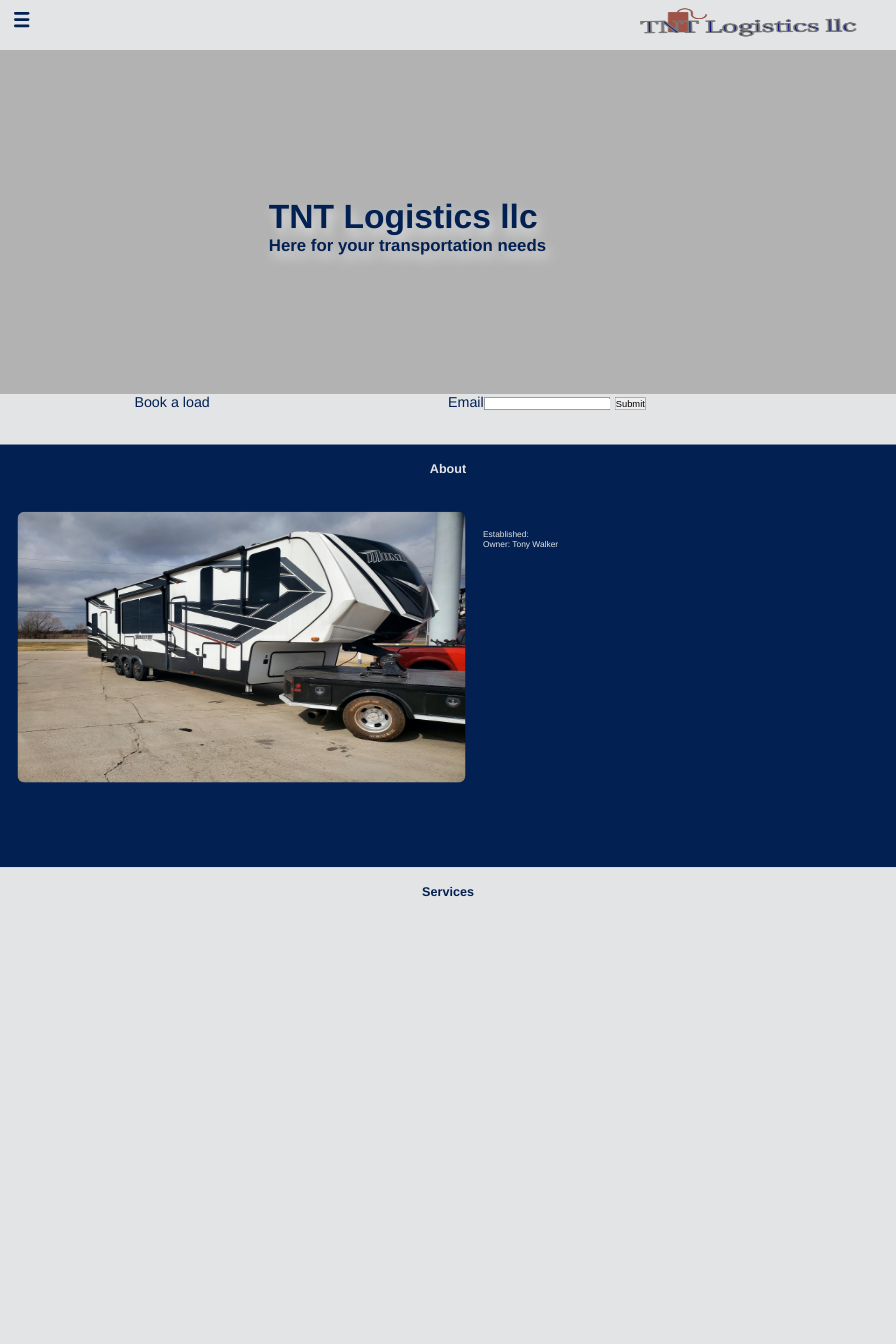
Repository: tommygoverstreet/tntlogisticsllc
Page: index.html
An editor plug-in stored every save of this project. The page is shown before and after a run of saves, followed by the edit.
The browser window is 1280 px wide. The pictures show the part of the page from y = 0 to 1920 px (the page is 3647 px tall), at 70% of full size.
Backgrounds fixed to the window are drawn as part of the page. Some web fonts or font styles are not loaded; a fallback is used.

Above is the page before, as saved 2022-04-18 22:33:26.
Not found: assets/business-cardf

After the next 2 saves:
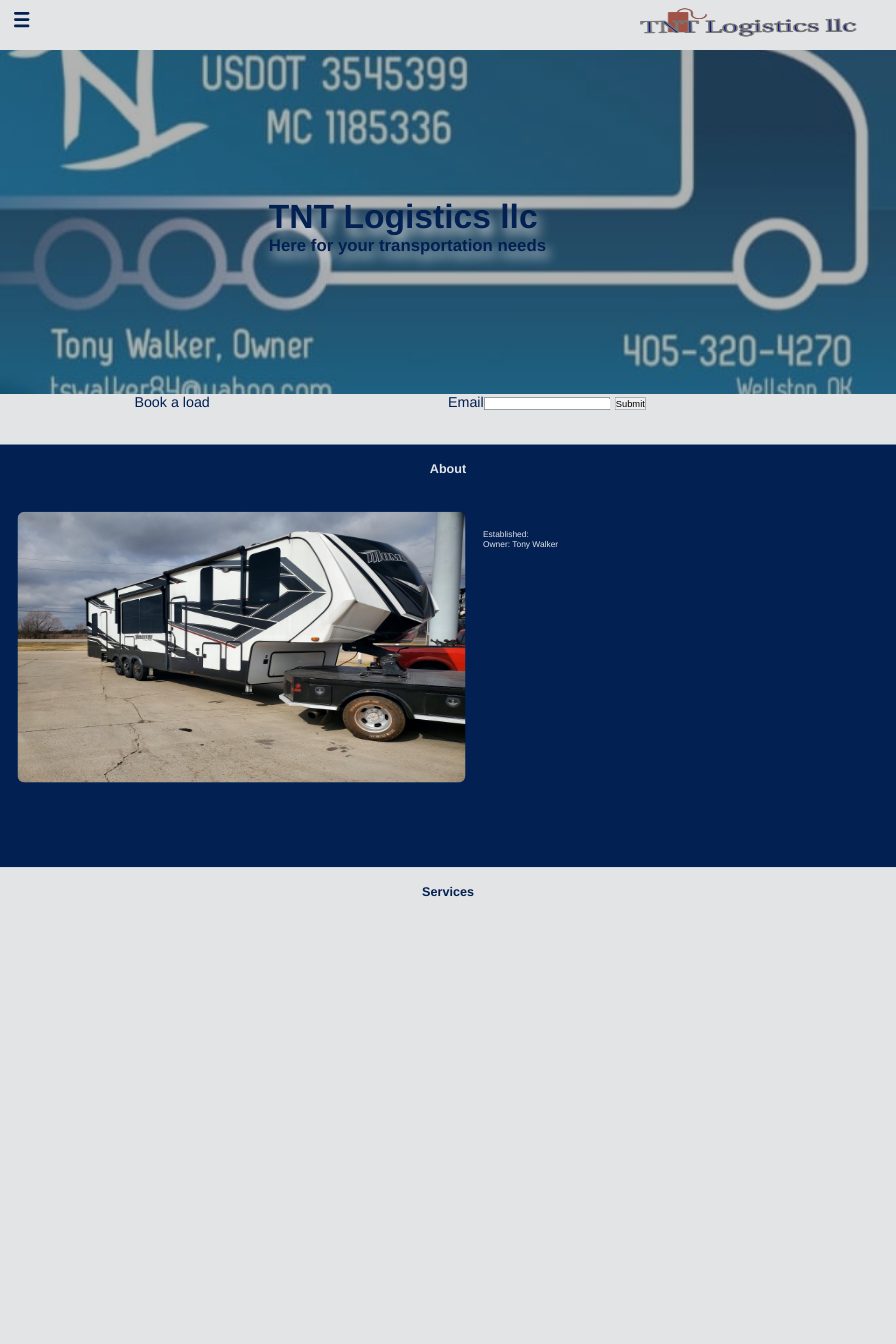
The 2 saves are shown as one change because they came seconds apart.
The last was saved 14 s later.
--- a/style/class.css
+++ b/style/class.css
@@ -171,7 +171,7 @@
  width: 100vw;
  min-height: 500px;
  background-image: linear-gradient(rgba(0, 0, 0, 0.3), rgba(0, 0, 0, 0.3)),
-  url("../assets/business-cardf");
+  url("../assets/business-card.jpg");
  background-repeat: no-repeat;
  background-size: cover;
  background-attachment: fixed;
